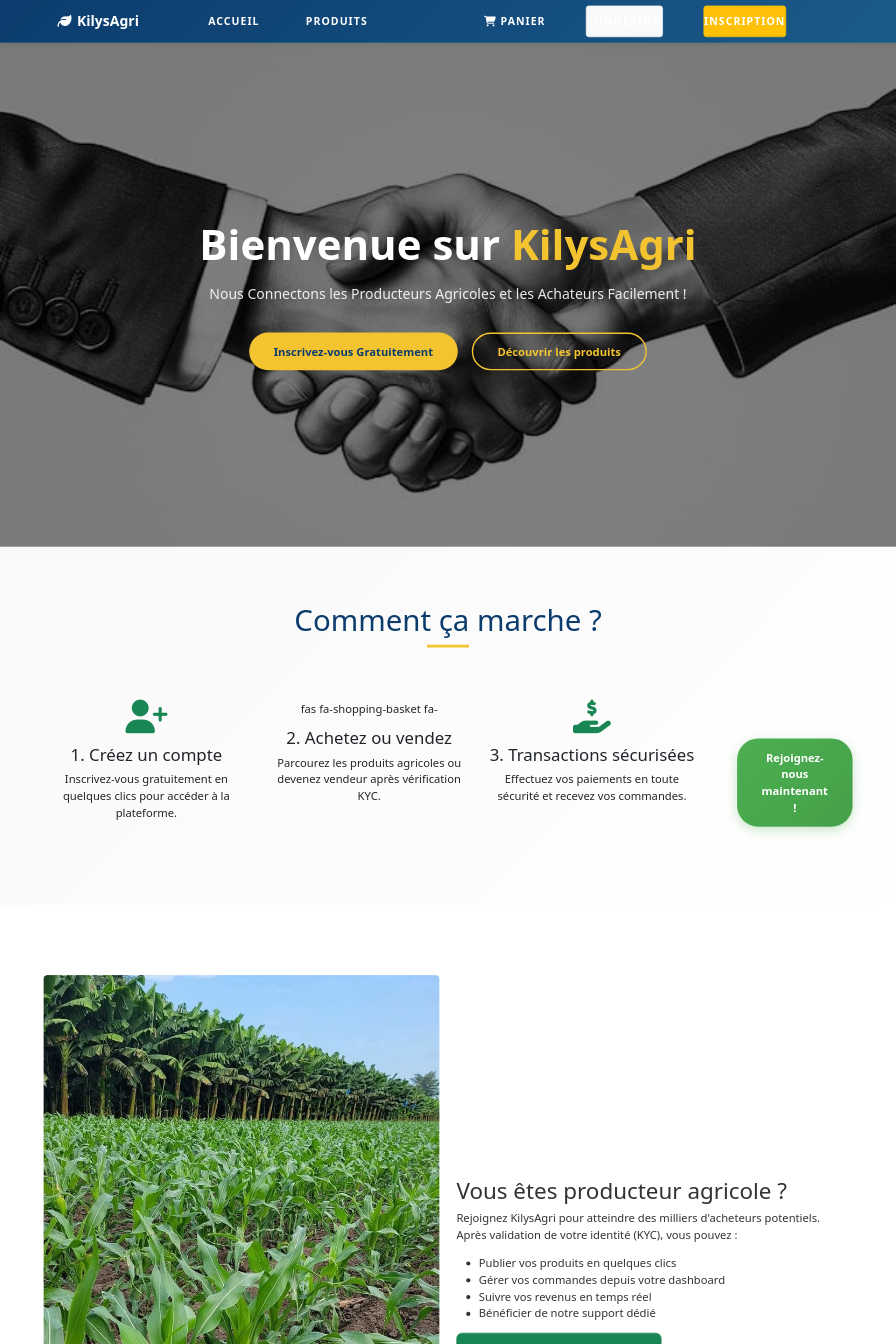
Repository: KILAYOSSI/projetdesoutenance
Page: templates/home/index.html.twig
An editor plug-in stored every save of this project. The page is shown before and after the next save, followed by the edit.
The browser window is 1280 px wide. The pictures show the part of the page from y = 0 to 1920 px (the page is 2842 px tall), at 70% of full size.
The page is a Twig template of a Symfony application; nobody is signed in and links lead nowhere. The template is opened directly, without the code that normally fills it, so the values that code supplies are empty.

Above is the page before, as saved 2026-03-04 21:47:14.

After the next save:
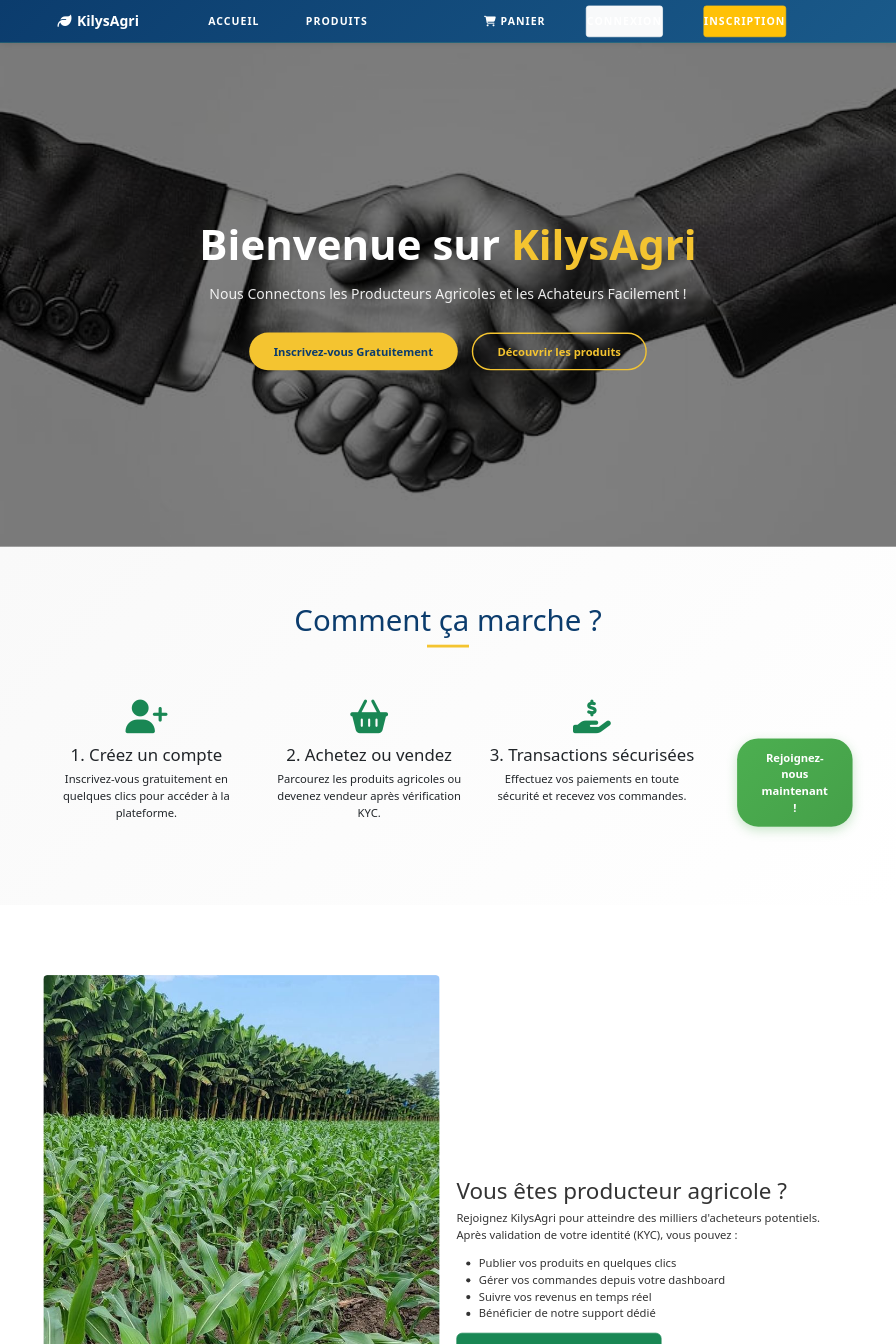
Saved 19 s later.
--- a/templates/home/index.html.twig
+++ b/templates/home/index.html.twig
@@ -32,8 +32,8 @@
                 <p>Inscrivez-vous gratuitement en quelques clics pour accéder à la plateforme.</p>
             </div>
             <div class="col-md-4 text-center mb-4">
-                <div class="feature-icon">
-                   fas fa-shopping-basket fa- <i class="3x text-success"></i>
+<div class="feature-icon">
+                    <i class="fas fa-shopping-basket fa-3x text-success"></i>
                 </div>
                 <h4 class="mt-3">2. Achetez ou vendez</h4>
                 <p>Parcourez les produits agricoles ou devenez vendeur après vérification KYC.</p>
